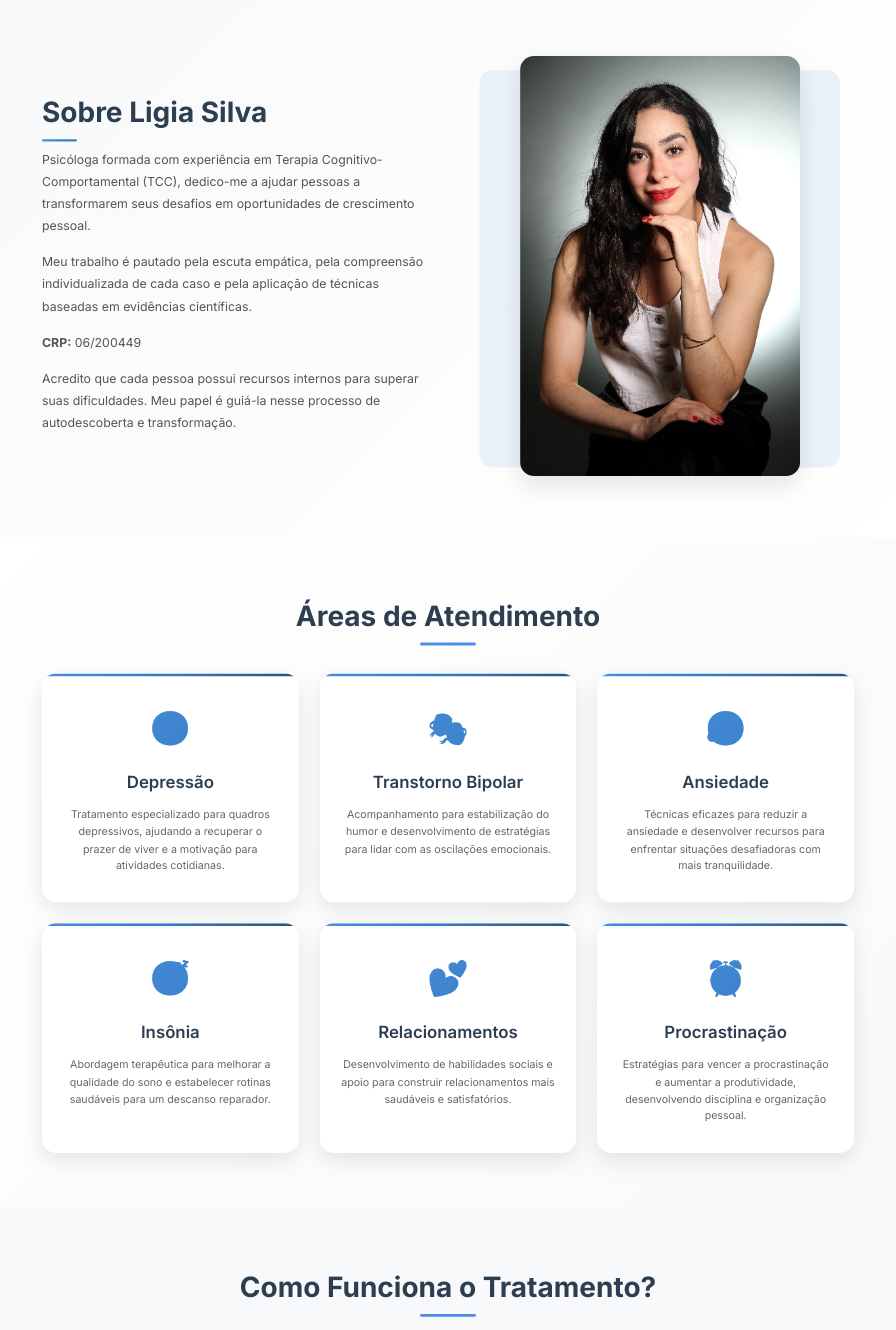
Repository: MichelAlmeida1990/Projeto-Psicologa
Page: index.html
An editor plug-in stored every save of this project. The page is shown before and after the next save, followed by the edit.
The browser window is 1280 px wide. The pictures show the part of the page from y = 720 to 2620 px (the page is 5911 px tall before and 7423 px after), at 70% of full size.

Above is the page before, as saved 2025-07-14 22:24:36.

After the next save:
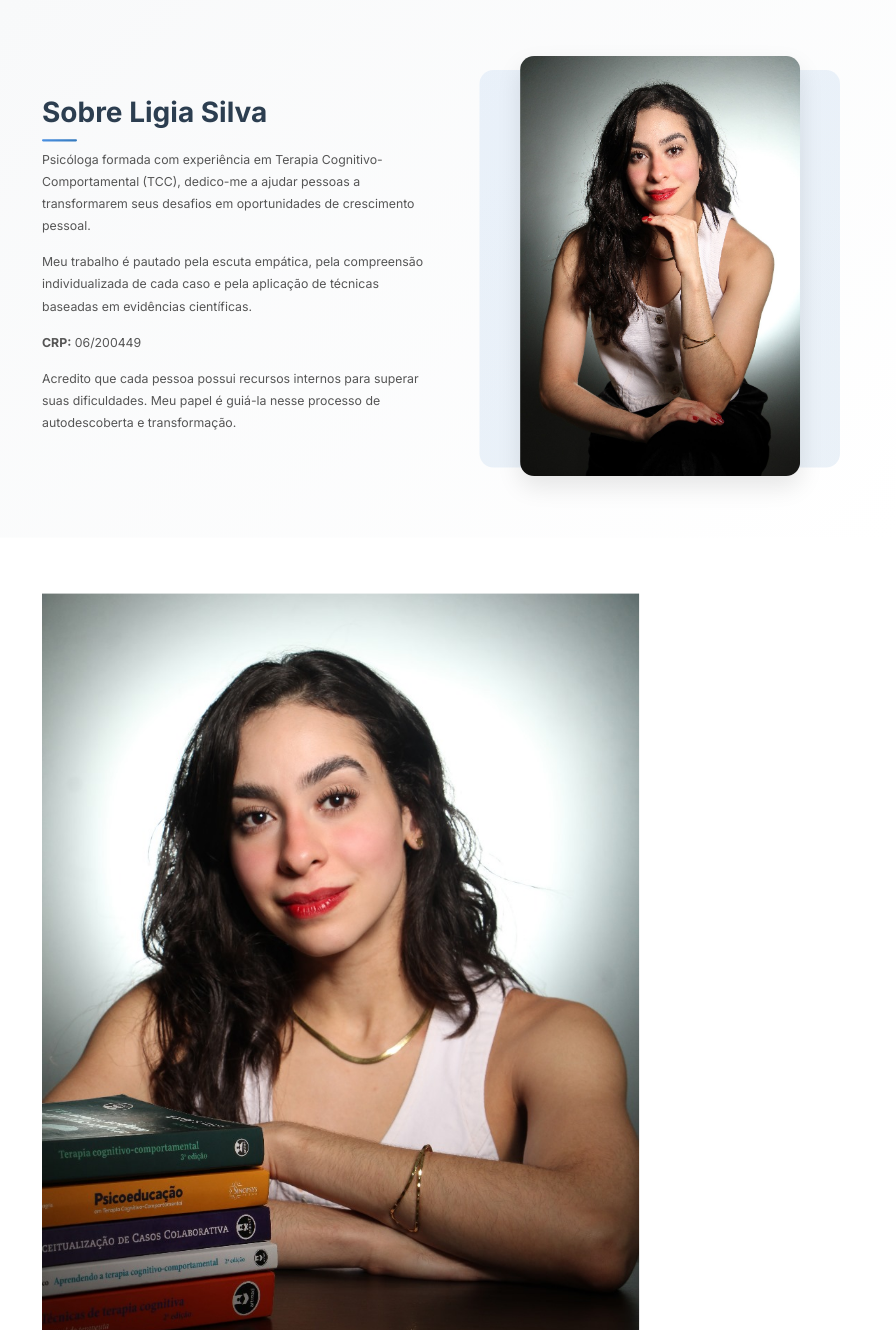
Saved 16 h 52 min later.
--- a/index.html
+++ b/index.html
@@ -62,6 +62,21 @@
                 </div>
                 <div class="about-photo">
                     <img src="assets/image/WhatsApp Image 2025-07-14 at 19.04.00.jpeg" alt="Psicóloga Ligia Silva">
+                </div>
+            </div>
+        </div>
+    </section>
+
+    <!-- Visual Section -->
+    <section class="visual-section">
+        <div class="container">
+            <div class="visual-content">
+                <div class="visual-image">
+                    <img src="assets/image/fundo.jpeg" alt="Ambiente terapêutico sereno" class="featured-image">
+                </div>
+                <div class="visual-text">
+                    <h2>Um Espaço de Acolhimento</h2>
+                    <p>Cada sessão é conduzida em um ambiente virtual seguro e acolhedor, onde você pode se sentir à vontade para compartilhar e crescer.</p>
                 </div>
             </div>
         </div>
